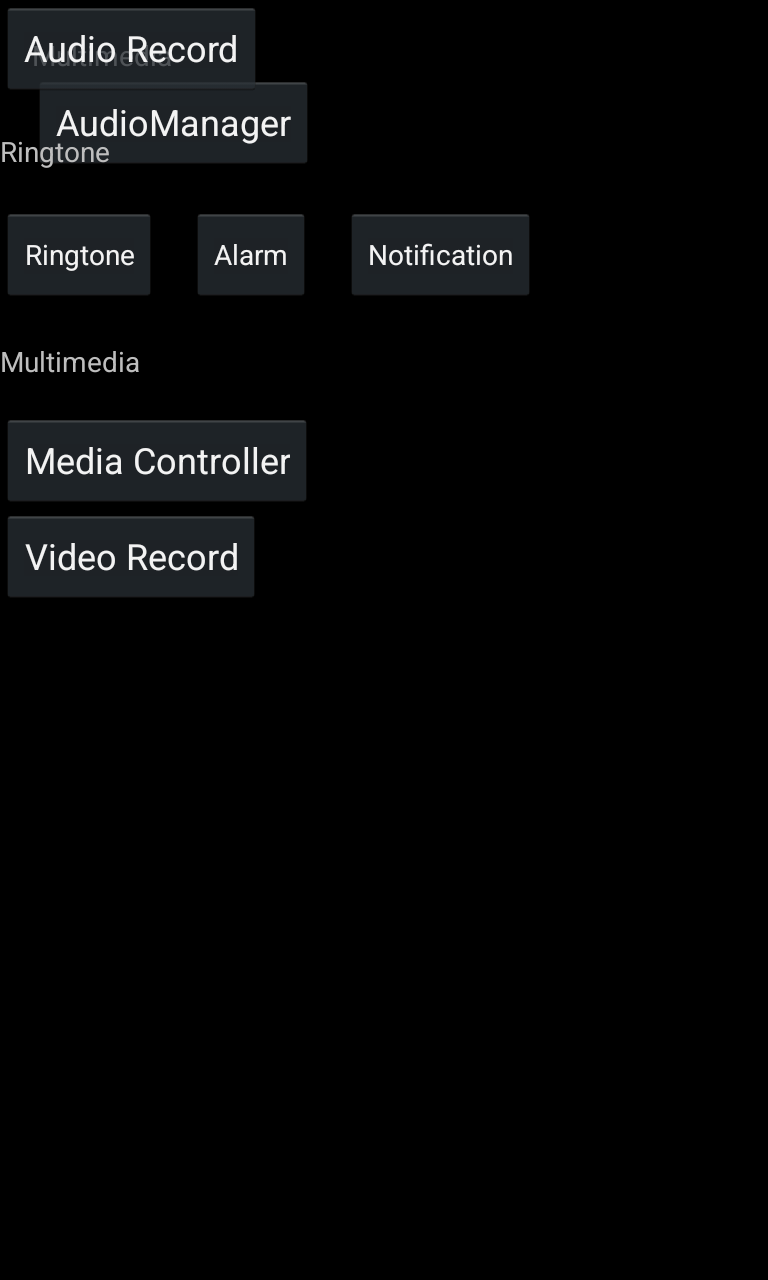
Repository: Amir13/Android_Basic_Steps
Layout: ViewElements5/res/layout/fragment_multimedia.xml
The author's editor kept a copy of each file at every save. The layout is drawn from the files as they stood at one save, then again after the next save.
It is drawn on a 768 x 1280 px phone screen (xhdpi) without system bars, with theme android:Theme.Holo; the app's code is not run.

Above is the layout before, as saved 2014-06-15 18:34:56.

### ViewElements5/res/layout/fragment_multimedia.xml
<?xml version="1.0" encoding="utf-8"?>
<RelativeLayout xmlns:android="http://schemas.android.com/apk/res/android"
    android:layout_width="match_parent"
    android:layout_height="match_parent" >

    <TextView
        android:id="@+id/textView1"
        android:layout_width="wrap_content"
        android:layout_height="wrap_content"
        android:layout_alignParentLeft="true"
        android:layout_alignParentTop="true"
        android:layout_marginLeft="16dp"
        android:layout_marginTop="18dp"
        android:text="Multimedia" />

    <Button
        android:id="@+id/btnAudio"
        android:layout_width="wrap_content"
        android:layout_height="wrap_content"
        android:layout_alignLeft="@+id/textView1"
        android:layout_below="@+id/textView1"
        android:text="AudioManager" />

    <TextView
        android:id="@+id/textView2"
        android:layout_width="wrap_content"
        android:layout_height="wrap_content"
        android:layout_alignLeft="@+id/btnAudio"
        android:layout_below="@+id/btnAudio"
        android:layout_marginTop="18dp"
        android:text="@string/ringtone" />

    <Button
        android:id="@+id/btnRingtone"
        style="?android:attr/buttonStyleSmall"
        android:layout_width="wrap_content"
        android:layout_height="wrap_content"
        android:layout_alignLeft="@+id/textView2"
        android:layout_below="@+id/textView2"
        android:layout_marginTop="18dp"
        android:text="@string/ringtone" />

    <Button
        android:id="@+id/btnAlarm"
        style="?android:attr/buttonStyleSmall"
        android:layout_width="wrap_content"
        android:layout_height="wrap_content"
        android:layout_alignBaseline="@+id/btnRingtone"
        android:layout_alignBottom="@+id/btnRingtone"
        android:layout_marginLeft="16dp"
        android:layout_toRightOf="@+id/btnRingtone"
        android:text="Alarm" />

    <Button
        android:id="@+id/btnNotification"
        style="?android:attr/buttonStyleSmall"
        android:layout_width="wrap_content"
        android:layout_height="wrap_content"
        android:layout_alignBaseline="@+id/btnAlarm"
        android:layout_alignBottom="@+id/btnAlarm"
        android:layout_marginLeft="16dp"
        android:layout_toRightOf="@+id/btnAlarm"
        android:text="Notification" />

    <TextView
        android:id="@+id/textView3"
        android:layout_width="wrap_content"
        android:layout_height="wrap_content"
        android:layout_alignLeft="@+id/btnRingtone"
        android:layout_below="@+id/btnRingtone"
        android:layout_marginTop="20dp"
        android:text="Multimedia" />

    <Button
        android:id="@+id/btnVideo"
        android:layout_width="wrap_content"
        android:layout_height="wrap_content"
        android:layout_alignLeft="@+id/textView3"
        android:layout_below="@+id/textView3"
        android:layout_marginTop="16dp"
        android:text="Media Controller" />

    <Button
        android:id="@+id/btnAudio"
        android:layout_width="wrap_content"
        android:layout_height="wrap_content"
        android:layout_alignLeft="@+id/button1"
        android:layout_below="@+id/button1"
        android:text="Audio Record" />

    <Button
        android:id="@+id/btnVideoRecord"
        android:layout_width="wrap_content"
        android:layout_height="wrap_content"
        android:layout_alignLeft="@+id/btnVideo"
        android:layout_below="@+id/btnVideo"
        android:text="Video Record" />

</RelativeLayout>

### ViewElements5/res/values/strings.xml
<?xml version="1.0" encoding="utf-8"?>
<resources>

    <string name="app_name">ViewElements5</string>
    <string name="action_settings">Settings</string>
    <string name="title_section1">Touch &amp; Gestures</string>
    <string name="title_section2">Multimedia</string>
    <string name="title_section3">Section 3</string>
    <string name="title_activity_touch">TouchActivity</string>
    <string name="title_activity_gesture">Gesture Activity</string>
    <string name="title_activity_gesture_builder">Gesture Builder Activity</string>
    <string name="title_activity_audio_manager">AudioManager Activity</string>
    <string name="title_activity_media_controller">MediaController Activity</string>
    <string name="hello_world">Hello world!</string>
    <string name="down_string">Down</string>
    <string name="up_string">Up</string>
    <string name="play_string">Play</string>
    <string name="ringtone">Ringtone</string>

</resources>

After the next save:
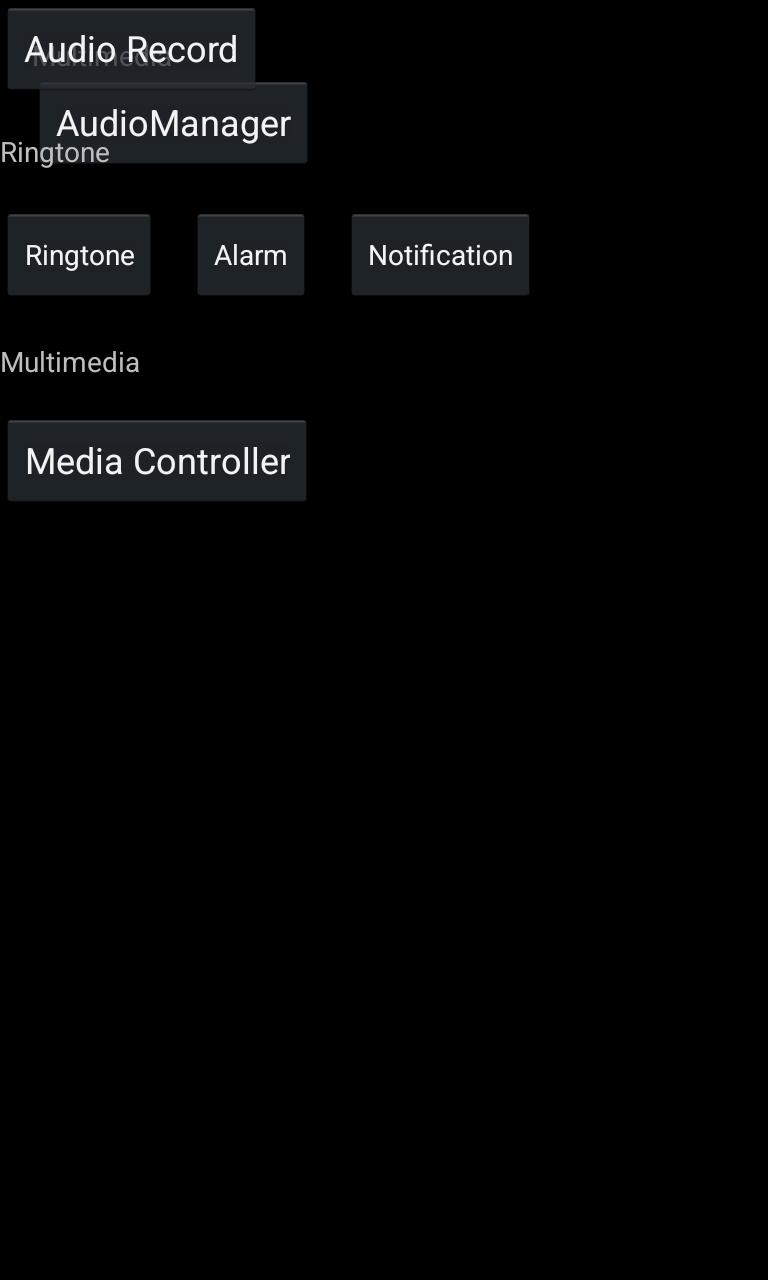
Saved 32 s later.
--- a/ViewElements5/res/layout/fragment_multimedia.xml
+++ b/ViewElements5/res/layout/fragment_multimedia.xml
@@ -88,12 +88,12 @@
         android:layout_below="@+id/button1"
         android:text="Audio Record" />
 
-    <Button
-        android:id="@+id/btnVideoRecord"
-        android:layout_width="wrap_content"
-        android:layout_height="wrap_content"
-        android:layout_alignLeft="@+id/btnVideo"
-        android:layout_below="@+id/btnVideo"
-        android:text="Video Record" />
+<!--     <Button -->
+<!--         android:id="@+id/btnVideoRecord" -->
+<!--         android:layout_width="wrap_content" -->
+<!--         android:layout_height="wrap_content" -->
+<!--         android:layout_alignLeft="@+id/btnVideo" -->
+<!--         android:layout_below="@+id/btnVideo" -->
+<!--         android:text="Video Record" /> -->
 
 </RelativeLayout>
